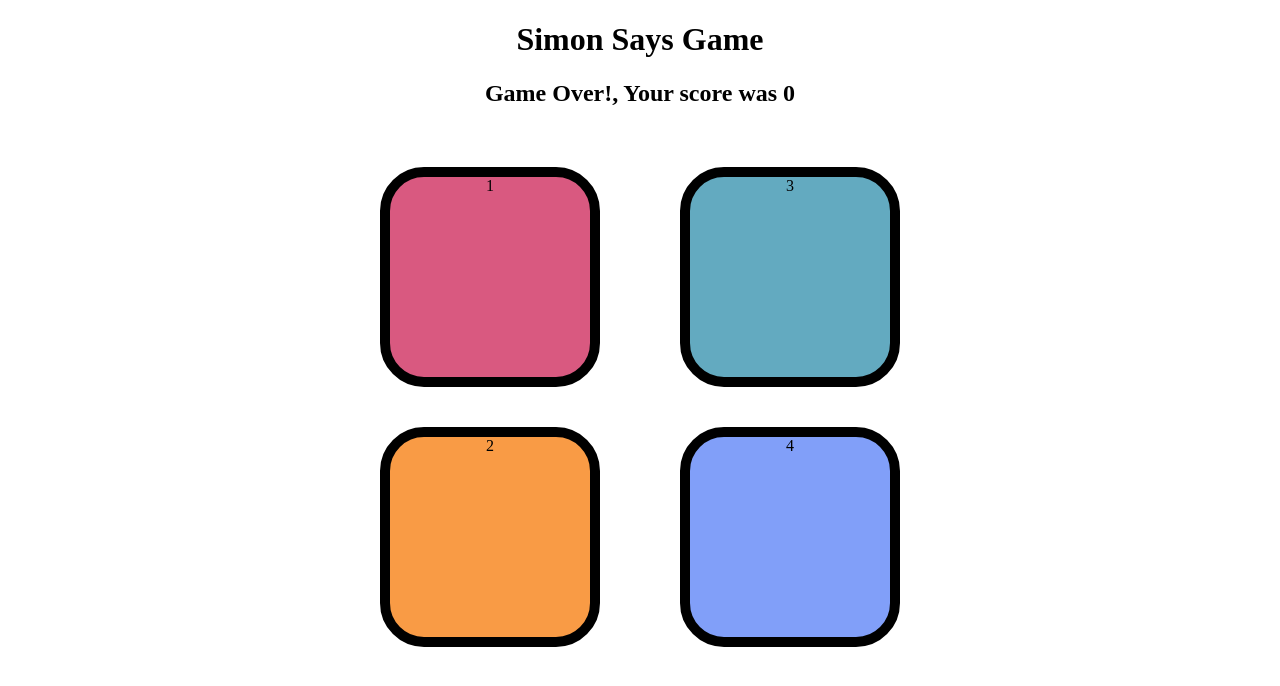
Repository: Manish-tomar-aligarh/Simon-Says-Game
Page: index.html
These files come from the project's save history. The page is drawn as it stood at one moment and after a run of saves; the edit follows.
The browser window is 1280 px wide. The pictures show the whole page.
After loading, the first visible `#red` was clicked once.

Above is the page before, as saved 2025-05-26 08:22:37.

After the next 2 saves:
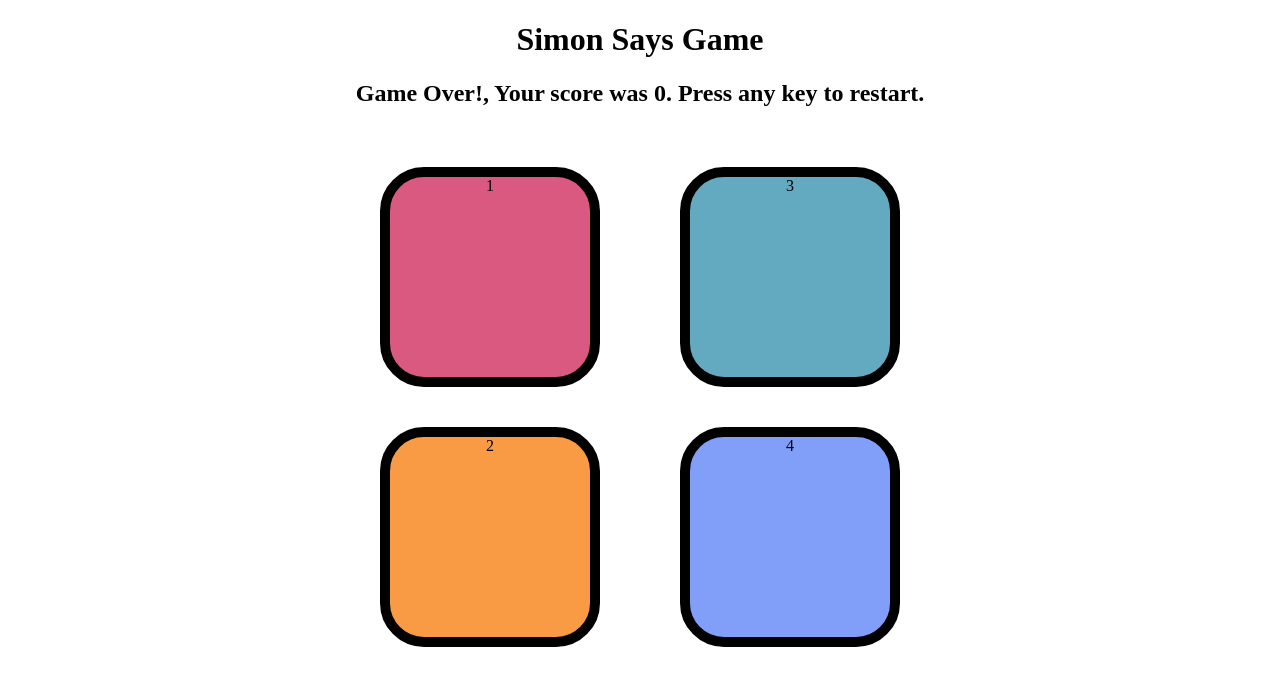
The 2 saves are shown as one change because they came seconds apart.
The last was saved 2 min 57 s later.
--- a/app.js
+++ b/app.js
@@ -53,7 +53,7 @@ function checkAns(idx){
             setTimeout(levelUp,1000);
         }
     }else{
-        h2.innerHTML =`Game Over!, Your score was ${level}`;
+        h2.innerHTML =`Game Over!, Your score was ${level}. Press any key to restart.`;
         reset();
 
     }
